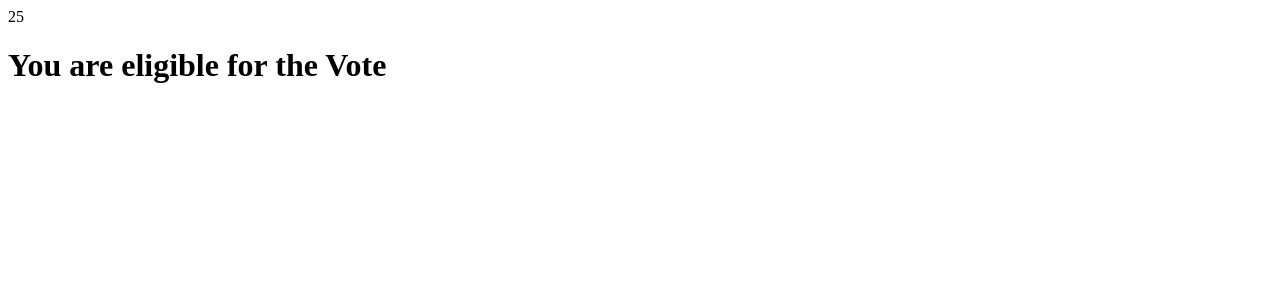
Repository: AkshayKPrajapati/CodingHub
Page: http://localhost/MavenProject/Index.jsp
An editor plug-in stored every save of this project. The page is shown before and after the next save, followed by the edit.
The browser window is 1280 px wide. The pictures show the whole page.
The page is served by Tomcat 9. Other server files are loaded and not shown.

Above is the page before, as saved 2025-10-22 18:37:21.

### MavenProject/src/main/webapp/Index.jsp
<%@ page language="java" contentType="text/html; charset=ISO-8859-1"
    pageEncoding="ISO-8859-1"%>
    <!--  tag lib directive-->
    <%@ taglib prefix="java" uri="http://java.sun.com/jsp/jstl/core" %>

    <!-- Page Directive -->
    <%@ page isELIgnored="false" %>

<!DOCTYPE html PUBLIC "-//W3C//DTD HTML 4.01 Transitional//EN" "http://www.w3.org/TR/html4/loose.dtd">
<html>
<head>
<meta http-equiv="Content-Type" content="text/html; charset=ISO-8859-1">
<title>TagLib Directive</title>
</head>
<body>

	<java:set var="age" value="25"></java:set>
	<java:out value="${age}"></java:out>



	<java:if test="${age>18 }">
		<h1>You are eligible for the Vote</h1>
	</java:if>

	<java:if test="${age<18 }">
		<h2>You're not eligible for the vote </h2>
	</java:if>

</body>
</html>

After the next save:
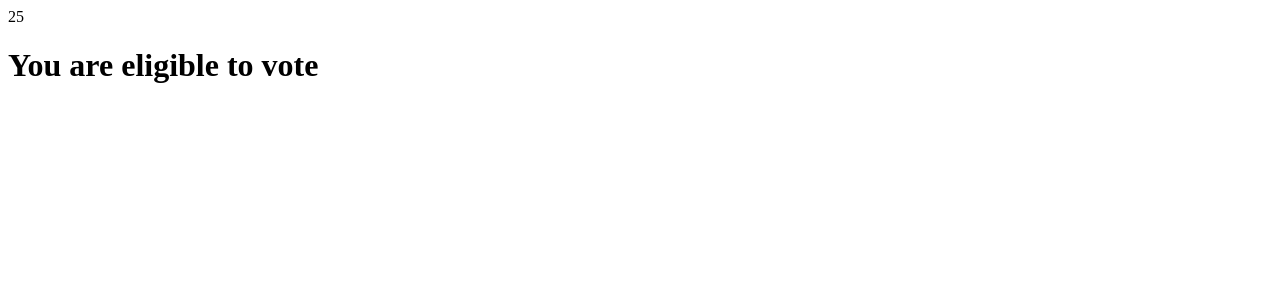
Saved 75 s later.
--- a/MavenProject/src/main/webapp/Index.jsp
+++ b/MavenProject/src/main/webapp/Index.jsp
@@ -1,12 +1,14 @@
 <%@ page language="java" contentType="text/html; charset=ISO-8859-1"
     pageEncoding="ISO-8859-1"%>
-    <!--  tag lib directive-->
-    <%@ taglib prefix="java" uri="http://java.sun.com/jsp/jstl/core" %>
 
-    <!-- Page Directive -->
-    <%@ page isELIgnored="false" %>
+<!-- Taglib directive -->
+<%@ taglib prefix="c" uri="http://java.sun.com/jsp/jstl/core" %>
 
-<!DOCTYPE html PUBLIC "-//W3C//DTD HTML 4.01 Transitional//EN" "http://www.w3.org/TR/html4/loose.dtd">
+<!-- Page directive -->
+<%@ page isELIgnored="false" %>
+
+<!DOCTYPE html PUBLIC "-//W3C//DTD HTML 4.01 Transitional//EN"
+                      "http://www.w3.org/TR/html4/loose.dtd">
 <html>
 <head>
 <meta http-equiv="Content-Type" content="text/html; charset=ISO-8859-1">
@@ -14,18 +16,16 @@
 </head>
 <body>
 
-	<java:set var="age" value="25"></java:set>
-	<java:out value="${age}"></java:out>
+    <c:set var="age" value="25" />
+    <c:out value="${age}" />
 
+    <c:if test="${age > 18}">
+        <h1>You are eligible to vote</h1>
+    </c:if>
 
-
-	<java:if test="${age>18 }">
-		<h1>You are eligible for the Vote</h1>
-	</java:if>
-
-	<java:if test="${age<18 }">
-		<h2>You're not eligible for the vote </h2>
-	</java:if>
+    <c:if test="${age < 18}">
+        <h2>You're not eligible to vote</h2>
+    </c:if>
 
 </body>
 </html>
